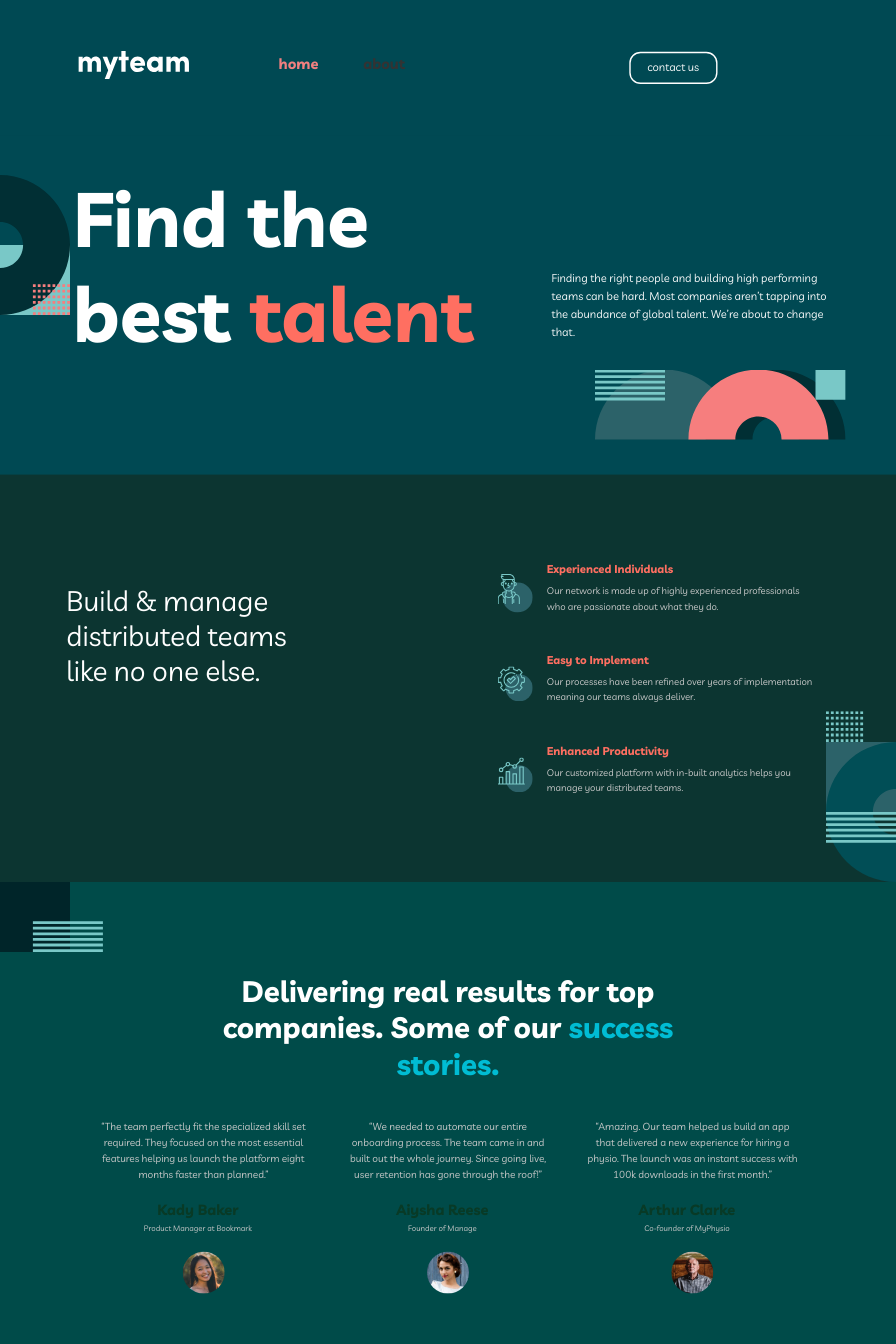
Repository: Gabriel221-dev/Project-page-main
Page: /
The author's editor kept a copy of each file at every save. The page is drawn from the files as they stood at one save, then again after the next save.
The browser window is 1280 px wide. The pictures show the part of the page from y = 0 to 1920 px (the page is 2612 px tall), at 70% of full size.
The project was rebuilt for these pictures with package versions that can differ from the ones it lists, and the page was loaded fresh each time. Also part of the build but not shown: vite.config.js, src/pages/About.css, src/components/DirectorCard.css, src/components/DirectorCard.jsx, src/pages/About.jsx, src/pages/Contact.css, src/pages/Contact.jsx.

Above is the page before, as saved 2024-07-23 18:30:17.

### src/App.jsx
import { BrowserRouter as Router, Route, Routes } from "react-router-dom";
import Home from "./pages/Home";
import About from "./pages/About";
import Contact from "./pages/Contact";
import Header from "./components/Header";
import Footer from "./components/Footer";
import "./styles/global.css";

const App = () => {
  return (
    <Router>
      <Header />
      <main>
        <Routes>
          <Route path="/" element={<Home />} />
          <Route path="/about" element={<About />} />
          <Route path="/contact" element={<Contact />} />
        </Routes>
      </main>
      <Footer />
    </Router>
  );
};

export default App;

### src/components/Header.jsx
import { useState } from "react";
import { NavLink } from "react-router-dom";
import { FaBars } from "react-icons/fa";
import Sidebar from "./Sidebar";
import "./Header.css";
import { IconContext } from "react-icons";

const Header = () => {
  const [isSidebarToggled, setSidebarToggled] = useState(false);

  const handleToggle = () => {
    setSidebarToggled((prev) => !prev);
  };

  return (
    <>
      <IconContext.Provider value={{ color: "#fff" }}>
        <header className="header">
          <nav className="header__nav">
            <NavLink className="header__brand" to="/">
              <img
                className="header__logo"
                src="/Imagez/logo.svg"
                alt="Logo"
                loading="eager"
                width="160"
              />
            </NavLink>

            <ul className="header__navigation">
              <li className="header__link">
                <NavLink
                  className={({ isActive }) =>
                    isActive
                      ? "header__anchor header__anchor--active"
                      : "header__anchor"
                  }
                  to="/"
                >
                  home
                </NavLink>
              </li>
              <li className="header__link">
                <NavLink
                  className={({ isActive }) =>
                    isActive
                      ? "header__anchor header__anchor--active"
                      : "header__anchor"
                  }
                  to="/about"
                >
                  about
                </NavLink>
              </li>

              <NavLink className="header__btn" to="/contact">
                contact us
              </NavLink>
            </ul>

            <button
              className="header__menu"
              title="Toggle Menu"
              onClick={handleToggle}
            >
              <FaBars />
            </button>
          </nav>
          <Sidebar isOpen={isSidebarToggled} onToggle={handleToggle} />
        </header>
      </IconContext.Provider>
    </>
  );
};

export default Header;

### src/styles/global.css
@import url('https://fonts.googleapis.com/css2?family=Livvic:ital,wght@0,400;0,500;0,600;0,700;1,400;1,500;1,600;1,700&display=swap');/* Reset some default browser styles */
* {
    margin: 0;
    padding: 0;
    box-sizing: border-box;
  }

  body {
    font-family: "Livvic", sans-serif;
    line-height: 1.6;
    color: #333;
    background-color: #004953;
    margin: 0;
    padding: 0;
  }

  /* Headings */
  h1, h2, h3, h4, h5, h6 {
    margin-bottom: 1rem;
    line-height: 1.25;
  }

  h1 {
    font-size: 2.5rem;
  }

  h2 {
    font-size: 2rem;
  }

  h3 {
    font-size: 1.75rem;
  }

  h4 {
    font-size: 1.5rem;
  }

  h5 {
    font-size: 1.25rem;
  }

  h6 {
    font-size: 1rem;
  }

  /* Paragraphs */
  p {
    margin-bottom: 1rem;
  }

  /* Links */
  a {
    color: #007BFF;
    text-decoration: none;
  }

  a:hover {
    text-decoration: underline;
  }

  /* Images */
  img {
    max-width: 100%;
    height: auto;
  }

  /* Forms */
  input, textarea, button {
    font-family: inherit;
    font-size: inherit;
  }

  input, textarea {
    width: 100%;
    padding: 0.5rem;
    margin-bottom: 1rem;
    border: 1px solid #ccc;
    border-radius: 4px;
  }

  button {
    padding: 0.5rem 1rem;
    background-color: #007BFF;
    color: #fff;
    border: none;
    border-radius: 4px;
    cursor: pointer;
  }

  button:hover {
    background-color: #0056b3;
  }

  /* Utility Classes */
  .container {
    max-width: 1200px;
    margin: 0 auto;
    padding: 0 1rem;
  }

  .text-center {
    text-align: center;
  }

  .mt-1 {
    margin-top: 1rem;
  }

  .mb-1 {
    margin-bottom: 1rem;
  }

  .mt-2 {
    margin-top: 2rem;
  }

  .mb-2 {
    margin-bottom: 2rem;
  }

  .mt-3 {
    margin-top: 3rem;
  }

  .mb-3 {
    margin-bottom: 3rem;
  }

  .mt-4 {
    margin-top: 4rem;
  }

  .mb-4 {
    margin-bottom: 4rem;
  }

  .mt-5 {
    margin-top: 5rem;
  }

  .mb-5 {
    margin-bottom: 5rem;
  }

### src/components/ContactBanner.jsx
import { Link } from "react-router-dom";
import "./ContactBanner.css";

const ContactBanner = () => {
  return (
    <div className="banner">
      <div className="banner__content">
        <h1 className="banner__title">Ready to get started?</h1>
        <Link to="/contact" className="banner__btn">
          contact us
        </Link>
      </div>
    </div>
  );
};

export default ContactBanner;

### src/pages/Home.css
/* Variables */
:root {
    --midnight-green: #004d40;
    --light-coral: #ff6f61;
    --rapture-blue: #00bcd4;
    --deep-jungle-green: #002b22;
    --sacramento-state-green: #003b36;
  }

  /* Main styles */
  /* .home {
    padding: 10px;
  } */

  .find {

    display: flex;
    align-items: center;
    justify-content: center;
    padding: 50px 0;
    position: relative;
    background-image: url('/Imagez/bg-pattern-home-1.svg');
    background-repeat: no-repeat;
    background-position: left -100px top 56px;
  }

  @media only screen and (max-width: 768px) {
    .find {
      background-image: none;
    }
  }

  .find__content {
    display: flex;
    flex-direction: row;
    align-items: center;
    justify-content: center;
    text-align: left;
    color: white;
    background-image:url('/Imagez/bg-pattern-home-2.svg');
    background-repeat: no-repeat;
    background-position: right bottom ;
  }

  @media only screen and (max-width: 768px) {
    .find__content {
      flex-direction: column;
    }
  }

  .find__title {
    font-size: 6.8rem;
    margin-bottom: 4rem;
    padding-left: 2rem;
    padding-bottom: 3rem;
    flex: 1;
    max-width: 700px;
  }

  @media only screen and (max-width: 768px) {
    .find__title {
      text-align: center;
      margin: 0 auto;
      font-size: 2rem;
    }
  }

  .find__title--coral {
    color: var(--light-coral);
  }

  .find__description {
    font-size: 1rem;
    padding: 2rem 0.5rem;
    margin: 1rem 0.5rem;
    max-width: 420px;
    flex: 1;
  }

  @media only screen and (max-width: 768px) {
    .find__description {
      text-align: center;
      margin: 0 auto;
      font-size: 1rem;
    }
  }

  .build {
    background-color: #0c3531;
    padding: 50px 0;
    display: flex;
    height: 100%;
    align-items: center;
    justify-content: center;
    position: relative;
    background-image: url('/Imagez/bg-pattern-home-3.svg');
    background-repeat: no-repeat;
    background-position: right -100px bottom;
  }

  @media only screen and (max-width: 768px) {
    .build {
      background-position: right -100px top;
      flex-direction: column;
    }
  }

  .build__content {
    display: flex;
    flex-direction: row;
    align-items: flex-start;
    justify-content: space-between;
    max-width: 1200px;
    width: 100%;
    margin-top: 1rem;
    padding: 1.8rem;
  }

  @media only screen and (max-width: 768px) {
    .build__content {
      flex-direction: column;
    }
  }

  .build__title {
    font-size: 2.5rem;
    font-weight: bold;
    color: #fff;
    margin: 10px -24px;
    flex: 1;
    max-width: 420px;
    padding: 50px;
    text-align: left;
    font-weight: 200;
  }

  @media only screen and (max-width: 768px) {
    .build__title {
      margin-bottom: 20px;
      text-align: left;
      padding: 1rem;
      width: 250px;
      font-size: 2rem;
      text-align: left;
      justify-content: flex-start;
    }
  }

  .build__items {
    font-size: 0.5rem;
    display: flex;
    flex-direction: column;
    flex: 1;
    margin: 10px 50px;
    max-width: 450px;
  }

  @media only screen and (max-width: 768px) {
    .build__items {
      max-width: 100%;
    }
  }

  .build__item {
    display: flex;
    align-items: center;
    margin: 20px 0;
    text-align: left;
  }

  @media only screen and (max-width: 768px){
    .build__item{
      flex-direction: column;
      align-items: center;
    }
  }

  .build__icon {
    width: 50px;
    margin-right: 20px;

  }

  @media only screen and (max-width: 768px) {
    .build__icon {
      margin-bottom: 10px; /* Space between icon and text */
    }
  }

  .build__text h3 {
    font-size: 1rem;
    color: #ff6f61;
    font-weight: bold;
    margin-bottom: 10px;
  }

  @media screen and (max-width:768px){
    .build__text h3{
      padding: 1rem;
      font-size: 1rem;
      text-align: center;

    }
  }

  .build__text p {
    font-size: 0.85rem;
    color: #ccc;
    margin-top: 0;
  }

  @media screen and (max-width:768px){
    .build__text p{
      padding-bottom: .5rem;
      font-size: .8rem;
      width: 340px;
      text-align: center;
    }
  }

  .delivering {
    background-color: #004b49;
    padding: 50px 0px;
    position: relative;
    background-image:url(/Imagez/bg-pattern-home-4-about-3.svg), url(/Imagez/bg-pattern-home-5.svg);
    background-repeat: no-repeat;
    background-position: left top, right bottom;
    width: auto;
  }

  .delivering__content {
    text-align: center;
    max-width: 1000px;
    margin: 0 auto;
    grid-column: center-start / center-end;
    grid-row: 2 / 3;
    display: grid;
    grid-template-rows: 140px repeat(2, auto) 140px;
  }

  @media only screen and (max-width: 768px) {
    .delivering__content {
      grid-template-rows: 100px repeat(2, auto) 100px;
    }
  }

  .delivering__title {
    font-size: 41.9px;
    font-weight: bold;
    color: #fff;
    text-align: center;
    max-width: 49.5rem;
    height: 170px;
    margin-left: auto;
    margin-right: auto;
    margin-top: 79px;
    /* background-color:greenyellow; */
  }

  @media only screen and (max-width: 768px) {
    .delivering__title {
      margin-top: 4.8rem;
      font-size: 1.9rem;
      display: block;
      max-width: 550px;
      margin-bottom: 60px;
      padding: 1.5rem;
    }
  }

  .delivering__title--rapture-blue {
    color: var(--rapture-blue);
  }

  .delivering__quotes {
    justify-content: center;
    grid-row: 3 / 4;
    display: grid;
    grid-template-columns: repeat(3, 1fr);
    column-gap: 3rem;
    margin-top: 2rem;
    height: 350px;
    max-width: 1000px;
    margin-top: 8rem;
  }

  @media only screen and (max-width: 768px) {
    .delivering__quotes {
      grid-template-columns: 1fr;
      grid-template-rows: repeat(3, min-content);
      column-gap: 0;
      row-gap: 2.5rem;
      padding: 2.5rem;
      margin-top: 6.8rem;
    }
  }

  .delivering__quote {
    text-align: center;
    display: flex;
    flex-direction: column;
    justify-content: space-between;
    height: 100%;
        margin-left: auto;
    margin-right: auto;
  }

  .delivering__quote p {
    font-size: .9rem;
    color: #ccc;
    display: -webkit-box;
    -webkit-box-orient: vertical;
    -webkit-line-clamp: 4;
    overflow: hidden;
    text-overflow: ellipsis;
    margin-top: 20px;
  }

  .delivering__quote h3 {
    font-size: 1.3rem;
    color: #083a26;
    margin:-8rem 2rem -3rem 1rem;
  }

  .delivering__quotes .name__tag {
    font-size: .7rem;
    margin:-5rem 1rem -2rem 0rem;
  }

  .delivering__quote img {
    width: 60px;
    height: 60px;
    border-radius: 50%;
    align-self: center;
    margin: -5rem 0rem 5rem 0rem ;
  }


  @media only screen and (max-width: 768px) {
    .delivering__quotes {
      grid-template-columns: 1fr;
      grid-template-rows: repeat(3, min-content);
      column-gap: 0;
      row-gap: 2.5rem;
      padding: 2.5rem;
      height: auto
    }

    .delivering__quote {
      height: auto; /* Adjust height for smaller screens */
    }

    .delivering__quote p {
      -webkit-line-clamp: 3; /* Limits the text to 3 lines on smaller screens */
    }

    .delivering__quote h3, p{
      margin: .5rem;
    }

    .delivering__quote .name__tag{
      margin: -4px;
    }

    .delivering__quote img{
      margin: 15px;
    }
  }

### src/components/Sidebar.jsx
import PropTypes from "prop-types";
import { useNavigate } from "react-router-dom";
import { AiOutlineClose } from "react-icons/ai";
import "./Sidebar.css";
import { IconContext } from "react-icons";

const Sidebar = ({ isOpen, onToggle }) => {
  const navigate = useNavigate();

  const handleNavigate = (path) => {
    navigate(path);
    onToggle();
  };

  return (
    <IconContext.Provider value={{ color: "#fff" }}>
      <div className={`sidebar ${isOpen ? "sidebar--open" : ""}`}>
        <div className="sidebar__overlay" onClick={onToggle}></div>
        <div className="sidebar__content">
          <div className="sidebar__header">
            <button
              className="sidebar__close"
              title="Close Menu"
              onClick={onToggle}
            >
              <AiOutlineClose />
            </button>
          </div>

          <ul className="sidebar__navigation">
            <li className="sidebar__link">
              <button
                className="sidebar__anchor"
                onClick={() => handleNavigate("/")}
              >
                home
              </button>
            </li>
            <li className="sidebar__link">
              <button
                className="sidebar__anchor"
                onClick={() => handleNavigate("/about")}
              >
                about
              </button>
            </li>
          </ul>

          <button
            className="sidebar__btn"
            onClick={() => handleNavigate("/contact")}
          >
            contact us
          </button>
        </div>
      </div>
    </IconContext.Provider>
  );
};

Sidebar.propTypes = {
  isOpen: PropTypes.bool.isRequired,
  onToggle: PropTypes.func.isRequired,
};

export default Sidebar;

### src/components/Header.css
.header {
    background-color: #004953;
    height: 194px;
    display: flex;
    justify-content: space-between;
    align-items: center;
    padding: 1rem 7rem;
  }

  @media only screen and (max-width: 850px) {
    .header {
      height: 150px;
      /* background-color:red; */
      align-items:left;
    }
  }

  @media only screen and (max-width: 576px) {
    .header {
      height: 128px;
    }
  }

  .header__nav {
    /* display: flex;
    align-items: center;
    gap: 8rem; */
    grid-column: center-start / center-end;
    display: grid;
    grid-template-columns: max-content 1fr max-content;
    align-items: center;
    column-gap: 8rem;

    @media only screen and (max-width: 768px) {
      column-gap: 4rem;
    }

    @media only screen and (max-width: 576px) {
        grid-template-columns: repeat(2, 1fr);
        column-gap: 0;
    }
  }

  .header__logo {
    max-width: 158px;

    @media only screen and (max-width: 768px) {
      margin-right: 14rem;
      margin-left: -5rem;
    }
  }

  .header__navigation {
    list-style: none;
    display: flex;
    margin: 0;
    padding: 0;
    text-decoration: none;

    @media only screen and (max-width: 820px) {
      display: none;
    }
  }

  .header__link {
    margin-right: 4rem;
    text-decoration: none;
  }

  /* .header:last-child {
    margin-right: 0;
  } */

  .header__anchor {
    font-size: 1.3rem;
    text-decoration: none;
    color: #333;
    font-weight: bold;
  }

  .header__anchor:hover{
    text-decoration: none;
  }

  .header__anchor--active {
    color: #f08080;
}

  .header__btn {
    background-color: transparent;
    border: 2px solid #fff;
    border-radius:16px;
    color: #fff;
    padding: 0.5rem 1.5rem;
    margin-left: 16rem;
    text-decoration: none;
    display: inline-block;
    cursor: pointer;
    justify-self: end;

    @media only screen and (max-width: 820px) {
      display: none;
    }
  }

  .header__btn:hover{
    background-color:white;
    color:#004953;
    text-decoration: none;
    border-radius:16px;
    transform: scale(1.05);
    transition: transform 0.6s ease-in-out, border-bottom 0.6s ease;
  }

  .header__menu {
    display: none;

    @media only screen and (max-width: 820px) {
      display: flex;
      width: 50px;
      height: 28px;
      padding: .1rem;
      border: 0;
      outline: 0;
    }
  }

  .header__menu:hover{
    background:none;
  }

### src/components/ContactBanner.css
.banner {
    background-color: #f08080;
    height: 200px;
    display: grid;
    column-gap: 3rem;
    align-items: center;
    align-content: center;
    background-image:url(/Imagez/bg-pattern-home-6-about-5.svg);
    background-repeat: no-repeat;
    background-position: left bottom;

    @media only screen and (max-width: 768px) {
      height: 302px;
    }
  }

  .banner__content {
    grid-column: 2 / 10;
    display: grid;
    grid-template-columns: repeat(12, 1fr);
    align-items: center;
    grid-column: center-start / center-end;
    column-gap: 3rem;

    @media only screen and (max-width: 768px) {
      grid-template-rows: repeat(2, min-content);
      grid-template-columns: 1fr;
      column-gap: 0;
      row-gap: 2.4rem;
      text-align: center;
    }
  }

  .banner__title {
    color: #1b4332;
    margin: 1rem;
    grid-column:1 / 7;


    @media only screen and (max-width: 768px) {
      grid-column: 2 / 9;
    }

    @media only screen and (max-width: 480px) {
      grid-column: 1 / 2;
    }
  }

  .banner__btn {
    grid-column: 10 / -1;
    background-color: green;
    color: #ffffff;
    margin: 1rem;
    border-radius: 1rem;
    padding-left: 3.5rem;


    @media only screen and (max-width: 768px) {
        grid-column: 9 / -1;
      margin: auto;
      padding: .5rem;
    }
  }

  /* New styles for mobile layout */
  @media only screen and (max-width: 480px) {
    .banner__content {
      grid-template-columns: auto; /* Remove explicit row heights */
      text-align: center; /* Center align content on smaller screens */
    }

    .banner__title {
      grid-column: 1 / -1; /* Span across all columns */
      margin-bottom: 1rem; /* Add space between title and button */
    }
  }

### src/components/Sidebar.css
.sidebar {
    display: none;
    width: 100%;
    height: 100%;
    position: fixed;
    top: 0;
    left: 0;
    z-index: 100;
    transition: all 0.3s ease;
  }

  .sidebar--open {
    display: grid;
    grid-template-columns: 1fr min-content;
  }

  .sidebar__overlay {
    grid-column: 1 / -1;
    grid-row: 1 / 2;
    background-color: rgba(0, 0, 0, 0.5);
    transition: background-color 0.3s ease;

  }

  .sidebar__content {
    grid-column: 2 / 3;
    grid-row: 1 / 2;
    background-color: #194c4c;
    width: 250px;
    display: grid;
    grid-template-rows: 128px repeat(2, min-content);
    grid-template-columns: 48px 1fr 25px;
    transition: width 0.3s ease;
    background-image: url(/Imagez/bg-pattern-about-1-mobile-nav-1.svg);
    background-repeat: no-repeat;
    background-position: right -100px bottom;
    transition: width .4s ease;

  }

  .sidebar__header {
    grid-column: 2 / 3;
    justify-self: end;
    align-self: center;
  }

  .sidebar__close {
    background-color:#194c4c ;
    width: 30px;
    border: 0;
    outline: 0;
  }

  .sidebar__close:hover{
    background-color:#194c4c;
  }

  .sidebar__navigation {
    grid-column: 2 / 3;
    list-style: none;
    margin: 0;
    padding: 0;
  }

  .sidebar__link {
    margin-bottom: 2.4rem;
  }

  .sidebar__anchor {
    font-size: 1.1rem;
    color: #fff;
    background: transparent;
    border: none;
    text-decoration: none;
    cursor: pointer;
  }

  .sidebar__anchor:hover{
    background:none;
  }

  .sidebar__btn {
    grid-column: 2 / 3;
    background-color: transparent;
    border: 1px solid #fff;
    color: #fff;
    padding: 0.5rem 1rem;
    text-decoration: none;
    display: inline-block;
    cursor: pointer;
    width: 159px;
  }

  .sidebar__btn:hover{
    background:white;
    color:#194c4c;
    transform: scale(1.05);
    transition: transform 0.3s ease-in-out, border-bottom 0.6s ease;
  }

  .sidebar--open .sidebar__overlay {
    background-color: rgba(0, 0, 0, 0.5);
  }

  .sidebar--open .sidebar__content {
    width: 250px;
  }

  @media (max-width: 768px) {
    .header__menu {
      display: grid;
      background-color: transparent;
      width: 24px;
      border: 0;
      outline: 0;
      justify-self: end;
      align-self: center;
      margin-left: auto;
    }
  }

Loaded but not shown: index.html (common file); src/main.jsx (common file); src/pages/Home.jsx (120 lines, source omitted); src/components/Footer.jsx (89 lines, source omitted); src/components/Footer.css (209 lines, source omitted)

After the next save:
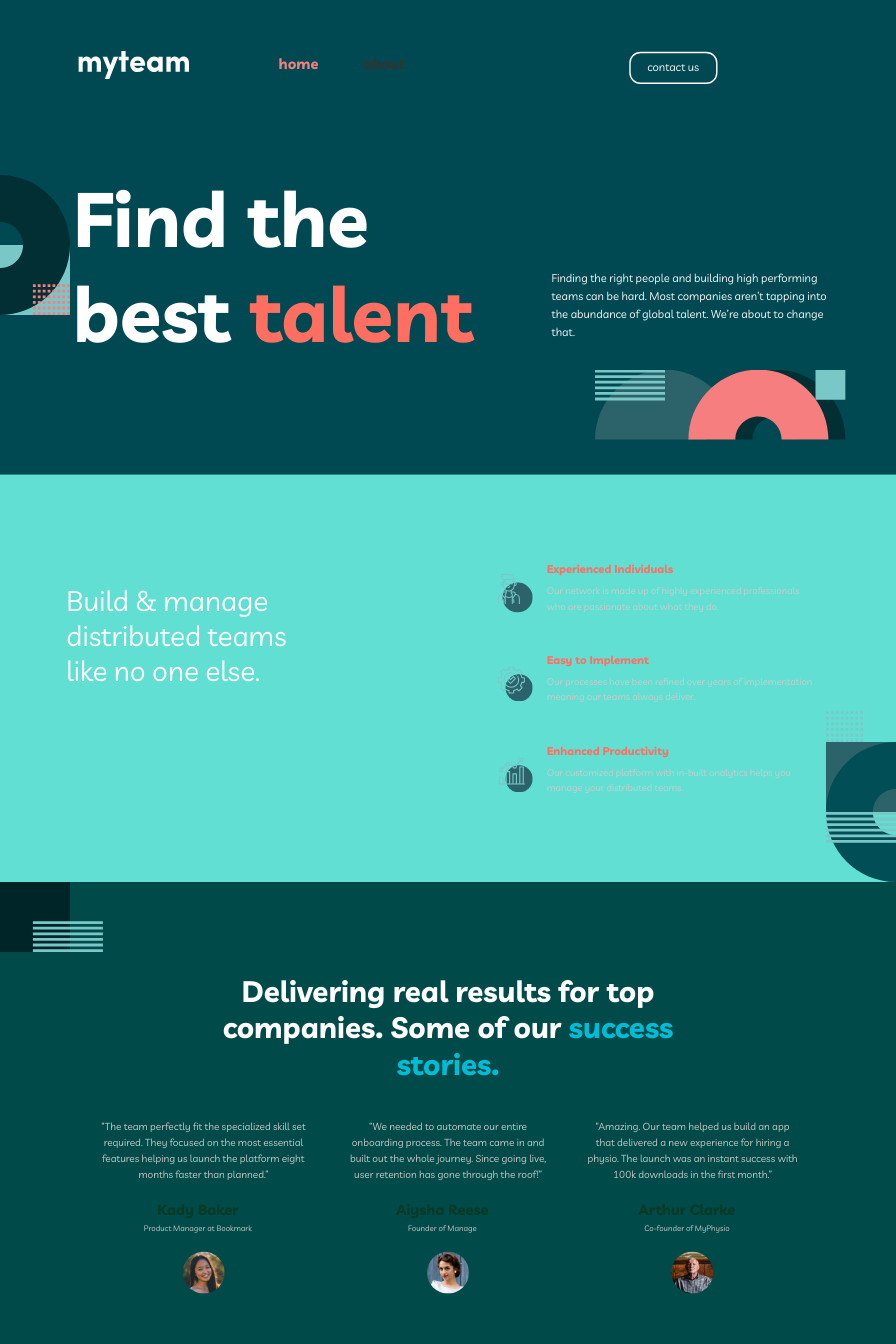
Saved 10 s later.
--- a/src/pages/Home.css
+++ b/src/pages/Home.css
@@ -86,7 +86,7 @@
   }
 
   .build {
-    background-color: #0c3531;
+    background-color: #62dfd3;
     padding: 50px 0;
     display: flex;
     height: 100%;
